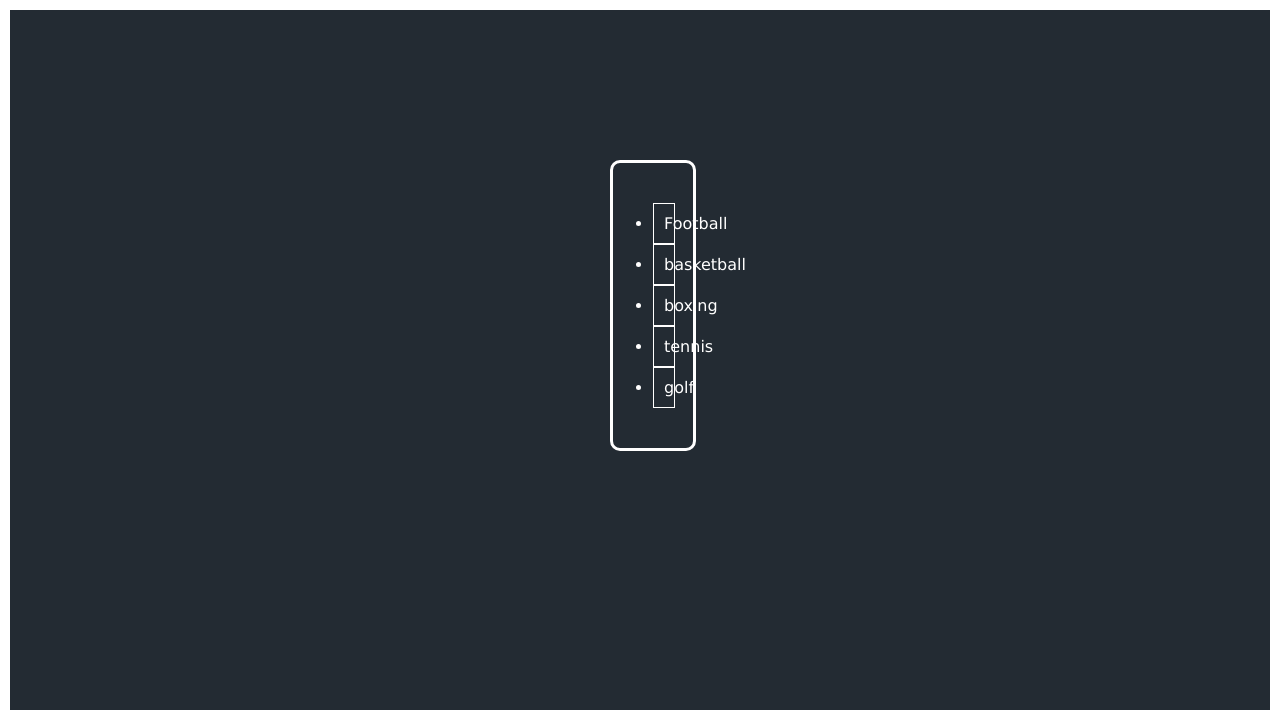
Repository: wakoya-tech/react-project
Page: Desktop/shaakala/aschu/index.html
The author's editor kept a copy of each file at every save. The page is drawn from the files as they stood at one save, then again after the next save.
The browser window is 1280 px wide. The pictures show the whole page.

Above is the page before, as saved 2025-08-29 20:34:22.

After the next save:
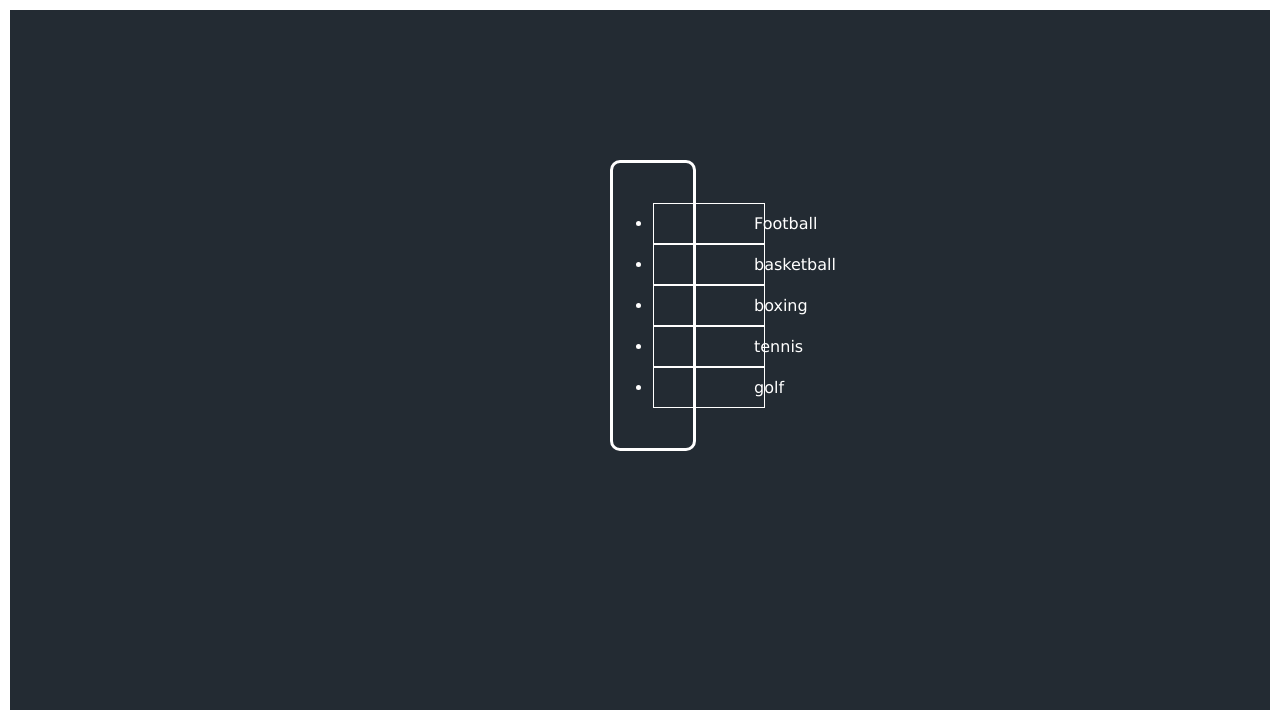
Saved 22 s later.
--- a/Desktop/shaakala/aschu/index.html
+++ b/Desktop/shaakala/aschu/index.html
@@ -35,7 +35,7 @@
 .list-items{
      border: 1px solid white;
      padding: 10px;
-
+    padding-left: 100px
 }
 </style>
 <body>

After the 2 saves that followed:
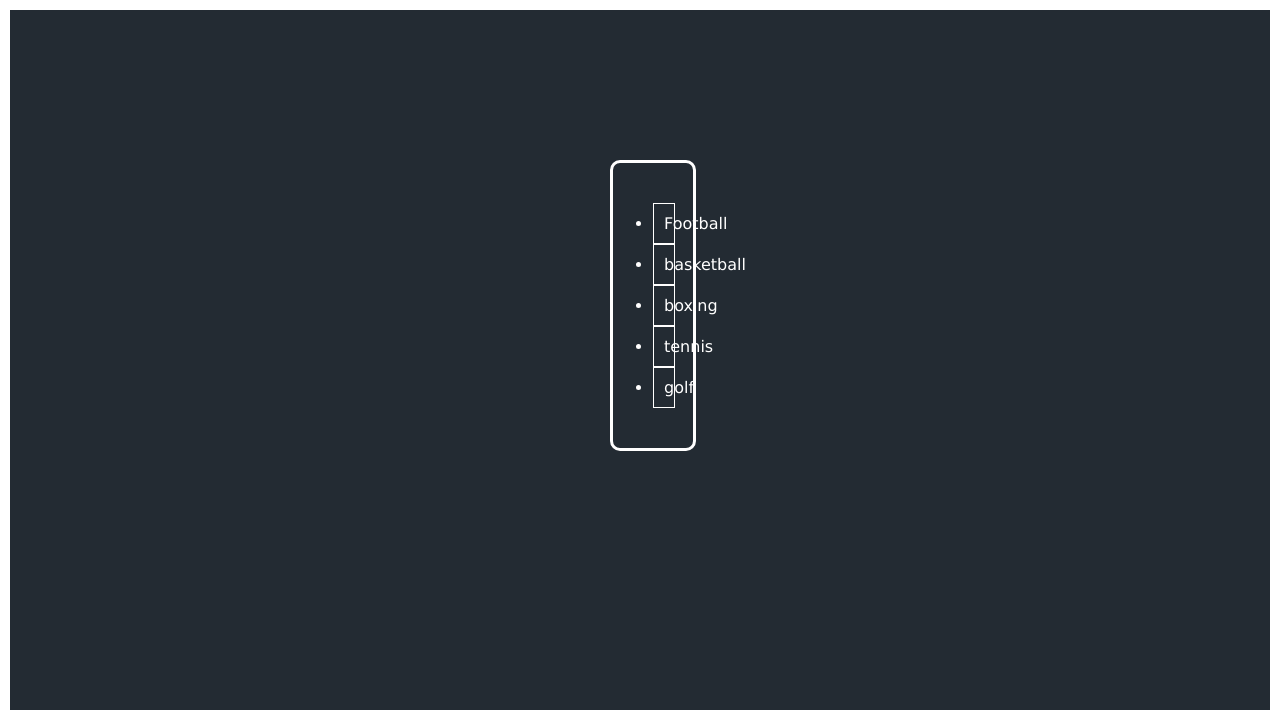
The 2 saves are shown as one change because 1 left the picture as it was.
The last was saved 58 s later.
--- a/Desktop/shaakala/aschu/index.html
+++ b/Desktop/shaakala/aschu/index.html
@@ -35,7 +35,7 @@
 .list-items{
      border: 1px solid white;
      padding: 10px;
-    padding-left: 100px
+    padding-left: -100px;
 }
 </style>
 <body>
